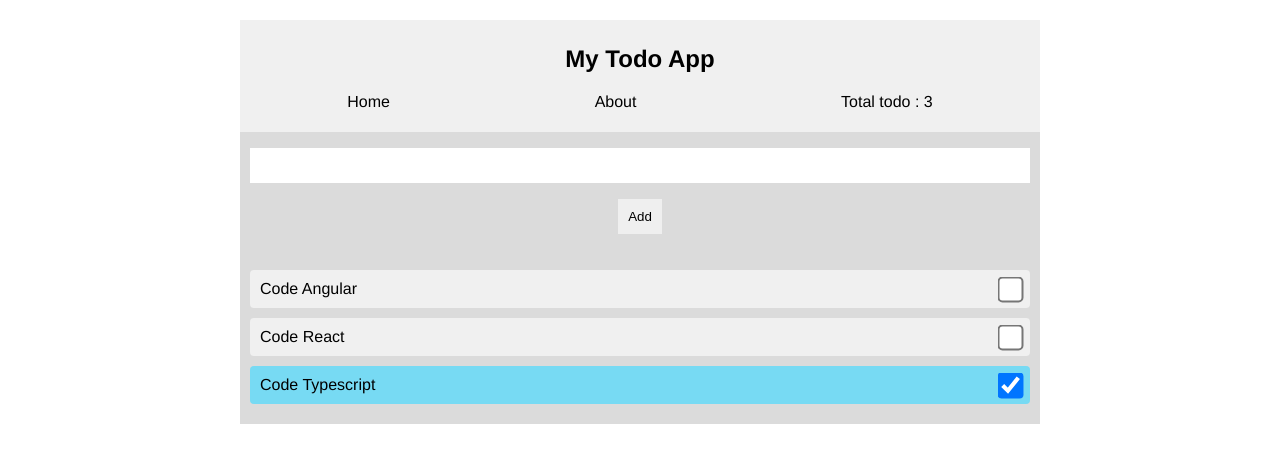
Repository: DTien93/Todo-Typescript
Page: / (app in my-app/)
An editor plug-in stored every save of this project. The page is shown before and after the next save, followed by the edit.
The browser window is 1280 px wide. The pictures show the whole page.
The project was rebuilt for these pictures with package versions that can differ from the ones it lists, and the page was loaded fresh each time. Imported but missing from the stored project, and not drawn on this page: my-app/src/serviceWorker.

Above is the page before, as saved 2021-10-16 22:18:17.

### my-app/src/index.tsx
import React from 'react';
import ReactDOM from 'react-dom';
import './index.css';
import App from './App';
import store from './store'
import { Provider } from 'react-redux';
import * as serviceWorker from './serviceWorker';

ReactDOM.render(
  <React.StrictMode>
    <Provider store={store}>
      <App />
      </Provider>
  </React.StrictMode>,
  document.getElementById('root')
);

// If you want your app to work offline and load faster, you can change
// unregister() to register() below. Note this comes with some pitfalls.
// Learn more about service workers: https://bit.ly/CRA-PWA
serviceWorker.unregister();

### my-app/src/index.css
.App {
  font-family: Avenir, Helvetica, Arial, sans-serif;
  -webkit-font-smoothing: antialiased;
  -moz-osx-font-smoothing: grayscale;
  background: rgb(219, 219, 219);
  margin: 20px auto;
  width: 90%;
  max-width: 800px;
 }

### my-app/src/App.tsx
import React from 'react'
import './App.css'
import './index.css'
import Navbar from './components/Navbar'
import Todos from './components/Todos'
const App = () => {
  return (
    <div className='App'>
      <Navbar />
      <Todos/>
    </div>
  )
}

export default App

### my-app/src/store/index.ts
import { configureStore } from '@reduxjs/toolkit'
import todosReducer  from './reducers/TodoSlice'

// Create store save data
const store = configureStore({
    reducer: {
        todosReducer
    }
})

// Export store
export default  store

### my-app/src/App.css
.todo-list ul {
  padding: 0 10px 10px 10px;
  list-style-type: none;
 }

 .todo-list li {
  padding: 10px;
  cursor: pointer;
  margin: 10px 0;
  border-radius: 4px;
  background: rgb(240, 240, 240);
  color: black;
 }

 .todo-list li input[type='checkbox'] {
  -ms-transform: scale(2); /* IE */
  -moz-transform: scale(2); /* FF */
  -webkit-transform: scale(2); /* Safari and Chrome */
  -o-transform: scale(2); /* Opera */
  transform: scale(2);
  padding: 10px;
  float: right;
 }

 .todo-list li.completed {
  background: rgb(119, 218, 243);
 }

 .todo-list li button {
  float: right;
  margin-right: 20px;
 }

 .todo-list li button:hover {
  cursor: pointer;
  background: red;
  color: white;
 }

 /* Navbar */
 .navbar {
  padding: 5px;
  text-align: center;
  background: rgb(240, 240, 240);
  color: black;
 }

 .navbar ul {
  display: flex;
  justify-content: space-around;
  align-items: center;
  list-style: none;
  padding: 0;
 }

 /* TodoForm */
 form {
  padding: 10px;
 }

 input[type='text'] {
  width: 100%;
  box-sizing: border-box;
  padding: 10px;
  margin: 6px 0;
  border: 0;
 }

 input[type='submit'] {
  margin: 10px auto;
  padding: 10px;
  border: 0;
  display: block;
 }

### my-app/src/components/Navbar.tsx
import React from 'react'
import { todosSelector } from '../store/reducers/TodoSlice'
import { useSelector } from 'react-redux'

const Navbar = () => {
    const todos = useSelector(todosSelector)
    return (
        <div className='navbar'>
            <h2>My Todo App</h2>
            <ul>
                <li>Home</li>
                <li>About</li>
                <li>Total todo : {todos.length}</li>
            </ul>
        </div>
    )
}

export default Navbar

### my-app/src/components/Todos.tsx
import React  from 'react'
import { useSelector } from 'react-redux'
import { todosSelector } from '../store/reducers/TodoSlice'
import TodoForm from './TodoForm'

const Todos = () => {
    const todos = useSelector(todosSelector)
    return (
        <div className='todo-list'>
            <TodoForm/>
            <ul>
            {
                todos.map((todo: { title: string, id: number, completed: boolean }) => (
                    <li key={todo.id} className={todo.completed ? 'completed' : ''}>
                        {todo.title}
                        <input type="checkbox" checked={todo.completed } />
                    </li>
                ))
            }
          </ul>
        </div>
    )
}

export default Todos

### my-app/src/store/reducers/TodoSlice.tsx
import { createSlice, nanoid } from '@reduxjs/toolkit'

interface TodoState {
    allTodos: {} | any,
}

const initialState: TodoState = {
    allTodos: [
        {
            id: 1,
            title: 'Code Angular',
            completed: false
        },
        {
            id: 2,
            title: 'Code React',
            completed: false
        },
        {
            id: 3,
            title: 'Code Typescript',
            completed: true
        }
    ]
}

export const todoSlice = createSlice({
    name: 'todos',
    initialState,
    reducers: {
        addTodo: {
            reducer(state, action) {
                state.allTodos.unshift( action.payload)
            },
            prepare(title: any): any {
                return  {
                    payload: {
                        id: nanoid(),
                        title,
                        completed: false
                    }
                }
              }
        }
    }
})

// Create Reducer
const todosReducer = todoSlice.reducer

// Selector get data
export const todosSelector = (state: { todosReducer: { allTodos: any } }) => state.todosReducer.allTodos

// Export action
export const { addTodo } = todoSlice.actions

// Export reducers
export default todosReducer

### my-app/src/components/TodoForm.tsx
import React, {useState} from 'react'
import { addTodo } from '../store/reducers/TodoSlice'
// Dispatch action
import { useDispatch } from 'react-redux'


const TodoForm = () => {
    const dispatch = useDispatch()
    const [title, setTitle] = useState('')

    const onChangeTitle = (e: any) => {
        setTitle(e.target.value)
    }

    const onHandleSubmit= (e:any) => {
        e.preventDefault()
        dispatch(addTodo(title))
        setTitle('')
    }

    return (
        <div>
            <form onSubmit={onHandleSubmit}>
                <input type="text" value={title} onChange = {onChangeTitle} />
                <input type="submit" value="Add" />
            </form>
        </div>
    )
}

export default TodoForm

After the next save:
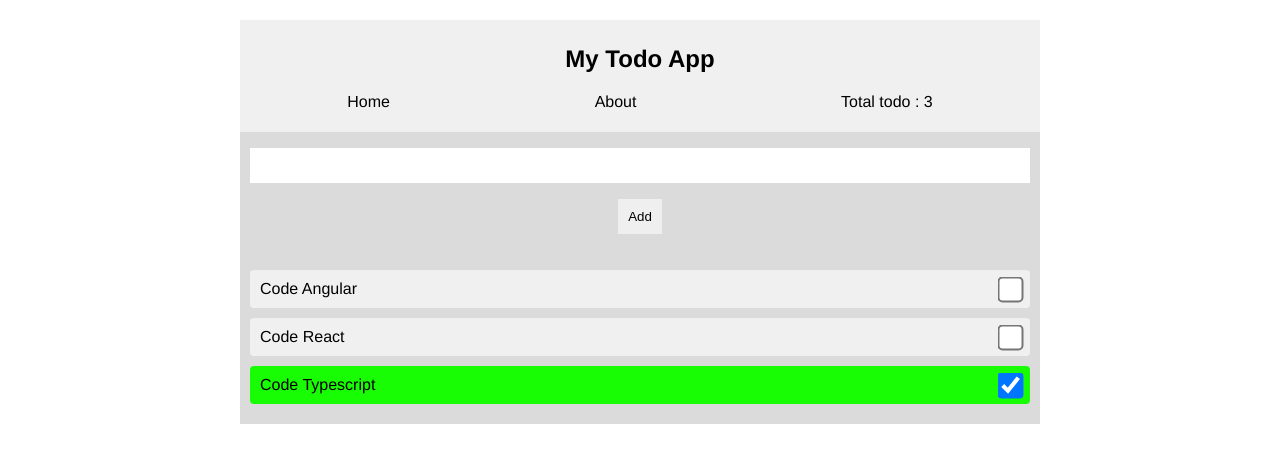
Saved 28 s later.
--- a/my-app/src/App.css
+++ b/my-app/src/App.css
@@ -23,7 +23,7 @@
  }
 
  .todo-list li.completed {
-  background: rgb(119, 218, 243);
+  background: rgb(24, 252, 4);
  }
 
  .todo-list li button {
